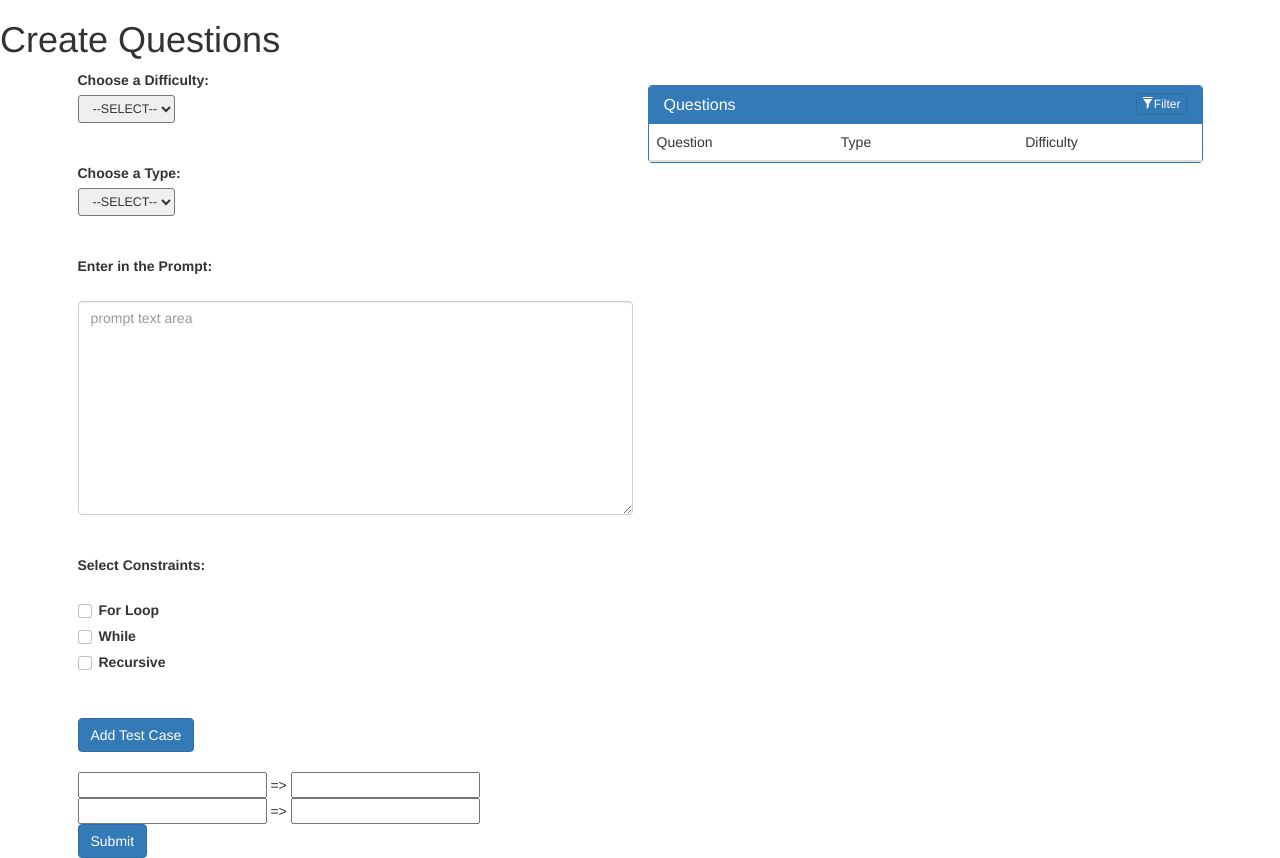
Repository: kavine24/CS490-Python-LMS
Page: html/portal/t/CreateQuestion.html
An editor plug-in stored every save of this project. The page is shown before and after the next save, followed by the edit.
The browser window is 1280 px wide. The pictures show the whole page.
The page's requests for data from a server got no answer. Some web libraries are served in a nearby version.

Above is the page before, as saved 2022-04-05 18:49:37.

### html/portal/t/CreateQuestion.html
<!DOCTYPE html>
<html>
  <head>
    <title>Create Questions</title>
    <!--<link rel="stylesheet" href="style.css">-->

    <link href="https://cdn.jsdelivr.net/npm/bootstrap@5.1.3/dist/css/bootstrap.min.css" rel="stylesheet" integrity="sha384-1BmE4kWBq78iYhFldvKuhfTAU6auU8tT94WrHftjDbrCEXSU1oBoqyl2QvZ6jIW3" crossorigin="anonymous">
    <link href="//netdna.bootstrapcdn.com/bootstrap/3.1.0/css/bootstrap.min.css" rel="stylesheet" id="bootstrap-css">
    <script src="//code.jquery.com/jquery-1.11.1.min.js"></script>
    <script src="//netdna.bootstrapcdn.com/bootstrap/3.1.0/js/bootstrap.min.js"></script>
  </head>

  <style>
    .filterable {
    margin-top: 15px;
    }
    .filterable .panel-heading .pull-right {
        margin-top: -20px;
    }
    .filterable .filters input[disabled] {
        background-color: transparent;
        border: none;
        cursor: auto;
        box-shadow: none;
        padding: 0;
        height: auto;
    }
    .filterable .filters input[disabled]::-webkit-input-placeholder {
        color: #333;
    }
    .filterable .filters input[disabled]::-moz-placeholder {
        color: #333;
    }
    .filterable .filters input[disabled]:-ms-input-placeholder {
        color: #333;
    }
  </style>

  <body>
    <h1>Create Questions</h1>
    <div class="container">
      <div class="row justify-content-around">
        <div class="col-6">
          <form id="createQuestionForm" onsubmit="submitQuestion()">
            <label for="questionDifficulty">Choose a Difficulty:</label>
            <div class="col-2">
              <select class="form-select-lg" name="questionDifficulty" id="questionDifficulty">
                <option disabled selected value>--SELECT--</option>
                <option value="Easy">Easy</option>
                <option value="Medium">Medium</option>
                <option value="Hard">Hard</option>
              </select>
            </div>

            <br><br>

            <label for="questionType">Choose a Type:</label>
            <div class="col-2">
              <select class="form-select-lg" name="questionType" id="questionType">
                <option disabled selected value>--SELECT--</option>
                <option value="For Loop">For Loop</option>
                <option value="While Loop">While Loop</option>
                <option value="Recursion">Recursion</option>
                <option value="Arithmetic">Arithmetic</option>
                <option value="Strings">Strings</option>
              </select>
            </div>

            <br><br>

            <!--Prompt-->
            <label for="prompt">Enter in the Prompt:</label>
            <br><br>
            <textarea class="form-control" id="prompt" name="prompt" rows="10" cols="50" placeholder="prompt text area"></textarea>
            <br><br>

            <!--Choosing Constraints-->
            <label for="constraints">Select Constraints:</label>
            <br><br>

            <div class="form-check">
              <input class="form-check-input" type="checkbox" id="checkFor">
              <label class="form-check-label">For Loop</label>
            </div>

            <div class="form-check">
              <input class="form-check-input" type="checkbox" id="checkWhile">
              <label class="form-check-label">While</label>
            </div>

            <div class="form-check">
              <input class="form-check-input" type="checkbox" id="checkRecursion">
              <label class="form-check-label">Recursive</label>
            </div>

            <br><br>

            <!--Test Cases-->
            <button class="btn btn-primary" type="button" onclick="addTestCase()">Add Test Case</button>
            <br><br>

            <input class="btn btn-primary" id="submit" type="submit" placeholder="Submit" class="submit"></input>
          </form>
        </div>

        <div class="col-6">
          <div class="panel panel-primary filterable">
            <div class="panel-heading">
              <h3 class="panel-title">Questions</h3>
                <div class="pull-right">
                  <button class="btn btn-primary btn-xs btn-filter"><span class="glyphicon glyphicon-filter"></span>Filter</button>
                </div>
            </div>

            <table class="table">
              <thead>
                <tr class="filters">
                  <th><input type="text" class="form-control" placeholder="Question" disabled></th>
                  <th><input type="text" class="form-control" placeholder="Type" disabled></th>
                  <th><input type="text" class="form-control" placeholder="Difficulty" disabled></th>
                </tr>
              </thead>

              <tbody id="tableBody">
              </tbody>
            </table>
          </div>
        </div>
      </div>
    </div>

    <script>
      $(document).ready(function(){
        $('.filterable .btn-filter').click(function(){
          var $panel = $(this).parents('.filterable'),
          $filters = $panel.find('.filters input'),
          $tbody = $panel.find('.table tbody');
          if ($filters.prop('disabled') == true) {
            $filters.prop('disabled', false);
            $filters.first().focus();
          } else {
            $filters.val('').prop('disabled', true);
            $tbody.find('.no-result').remove();
            $tbody.find('tr').show();
          }
        });

        $('.filterable .filters input').keyup(function(e){
          /* Ignore tab key */
          var code = e.keyCode || e.which;
          if (code == '9') return;

          /* Useful DOM data and selectors */
          var $input = $(this),
          $panel = $input.parents('.filterable'),
          column = $panel.find('.filters th'),
          $table = $panel.find('.table'),
          $rows = $table.find('tbody tr');

          /* Dirtiest filter function ever ;) */
          var $filteredRows = $rows.filter(function(){
            var q = $(this).find('td').eq(0).text().toLowerCase();
            var t = $(this).find('td').eq(1).text().toLowerCase();
            var d = $(this).find('td').eq(2).text().toLowerCase();

            qi = q.indexOf(column[0].childNodes[0].value.toLowerCase());
            ti = t.indexOf(column[1].childNodes[0].value.toLowerCase());
            di = d.indexOf(column[2].childNodes[0].value.toLowerCase());

            notValid = (qi === -1) || (ti === -1) || (di === -1);

            return notValid;
          });
          /* Clean previous no-result if exist */
          $table.find('tbody .no-result').remove();
          /* Show all rows, hide filtered ones (never do that outside of a demo ! xD) */
          $rows.show();
          $filteredRows.hide();
          /* Prepend no-result row if all rows are filtered */
          if ($filteredRows.length === $rows.length) {
            $table.find('tbody').prepend($('<tr class="no-result text-center"><td colspan="'+ $table.find('.filters th').length +'">No result found</td></tr>'));
          }
        });
      });

      // add all necacarry event listeners
      //submit listener
      const form = document.getElementById("createQuestionForm");
      function handleForm(event) { event.preventDefault(); }
      form.addEventListener('submit', handleForm);

      let attemptMade = false;

      const inputs = [];
      const questions = [];

      addTestCase();
      addTestCase();
      updateQuestionTable();

      function addTestCase(){
        const testCase = document.createElement("input");
        const result = document.createElement("input");

        inputs.push({testCase,result});

        document.getElementById("createQuestionForm").insertBefore(testCase, document.getElementById("submit"));
        document.getElementById("createQuestionForm").insertBefore(document.createTextNode(" => "), document.getElementById("submit"));
        document.getElementById("createQuestionForm").insertBefore(result, document.getElementById("submit"));
        document.getElementById("createQuestionForm").insertBefore(document.createElement("br"), document.getElementById("submit"));
      }

      function submitQuestion(){
        var difficulty = document.getElementById('questionDifficulty').value;
        var questionType = document.getElementById('questionType').value;
        var prompt = document.getElementById('prompt').value;
        var constraints = {
          for: document.getElementById('checkFor').checked,
          while: document.getElementById('checkWhile').checked,
          recursive: document.getElementById('checkRecursion').checked
        };

        var inputvals = [];
        var outputvals = [];

        for(let i = 0; i < inputs.length; i++){
          inputvals.push(inputs[i].testCase.value);
          outputvals.push(inputs[i].result.value);
        }

        var anyinputempty = false;

        for(let i = 0; i < inputs.length; i++){
          anyinputempty = inputs[i].testCase.value == "" || inputs[i].result.value == ""? true : anyinputempty
        }

        var requestType = 'CreateQuestionFTM';

        if(difficulty == "" || questionType == "" || prompt == "" || anyinputempty){
          if (!attemptMade) {
            const newDiv = document.createElement("div");
            const newContent = document.createTextNode("Cannot Submit: 1 or more fields invalid");
            newDiv.appendChild(newContent);

            document.getElementById("createQuestionForm").appendChild(document.createElement("br"));
            document.getElementById("createQuestionForm").appendChild(newDiv);
            attemptMade = true;
          }
          else{
              document.getElementById("createQuestionForm").lastChild.innerHTML = "Cannot Submit: 1 or more fields invalid";
          }
        }else{

          const data = {difficulty, questionType, prompt, constraints, inputvals, outputvals, requestType};

          const options = {
            method:'POST',
            headers: {
                "Content-type": "application/json; charset=UTF-8"
            },
            body: JSON.stringify(data)
          };
          fetch('http://cs490testcenter.ddns.net:50000/portal/frontBrowser.php', options)
          .then(response => response.json())
          .then(data => {
            if(data.didWork == 1){
              location.assign('http://cs490testcenter.ddns.net:50000/portal/t/CreateQuestion.html');
            }else{
              if (!attemptMade) {
              const newDiv = document.createElement("div");
              const newContent = document.createTextNode("Error Making Quesiton!");
              newDiv.appendChild(newContent);

              document.getElementById("createQuestionForm").appendChild(document.createElement("br"));
              document.getElementById("createQuestionForm").appendChild(newDiv);
              attemptMade = true;
              }
              else{
                document.getElementById("createQuestionForm").lastChild.innerHTML = "Error Making Quesiton!";
              }
            }
          })
          .catch((error) => {
            console.error('Error:', error);
          });
        }
      }

      function updateQuestionTable(){
        let requestType = "DisplayQuestionsFTM"
        const data = {requestType};

        const options = {
          method:'POST',
          headers: {
              "Content-type": "application/json; charset=UTF-8"
          },
          body: JSON.stringify(data)
        };
        fetch('http://cs490testcenter.ddns.net:50000/portal/frontBrowser.php', options)
        .then(response => response.json())
        .then(data => {
          for(let i = 0; i < data.length; i++){
            const tr = document.createElement("tr");

            const questionText = document.createElement("td");
            const typeText = document.createElement("td");
            const difficultyText = document.createElement("td");

            questionText.innerHTML = data[i].question;
            typeText.innerHTML = data[i].type;
            difficultyText.innerHTML = data[i].difficulty;

            tr.appendChild(questionText);
            tr.appendChild(typeText);
            tr.appendChild(difficultyText);

            questions.push({
              question: data[i],
              row: tr
            });

            document.getElementById("tableBody").appendChild(tr);
          }
        })
        .catch((error) => {
          console.error('Error:', error);
        });
      }
    </script>
  </body>
</html>

After the next save:
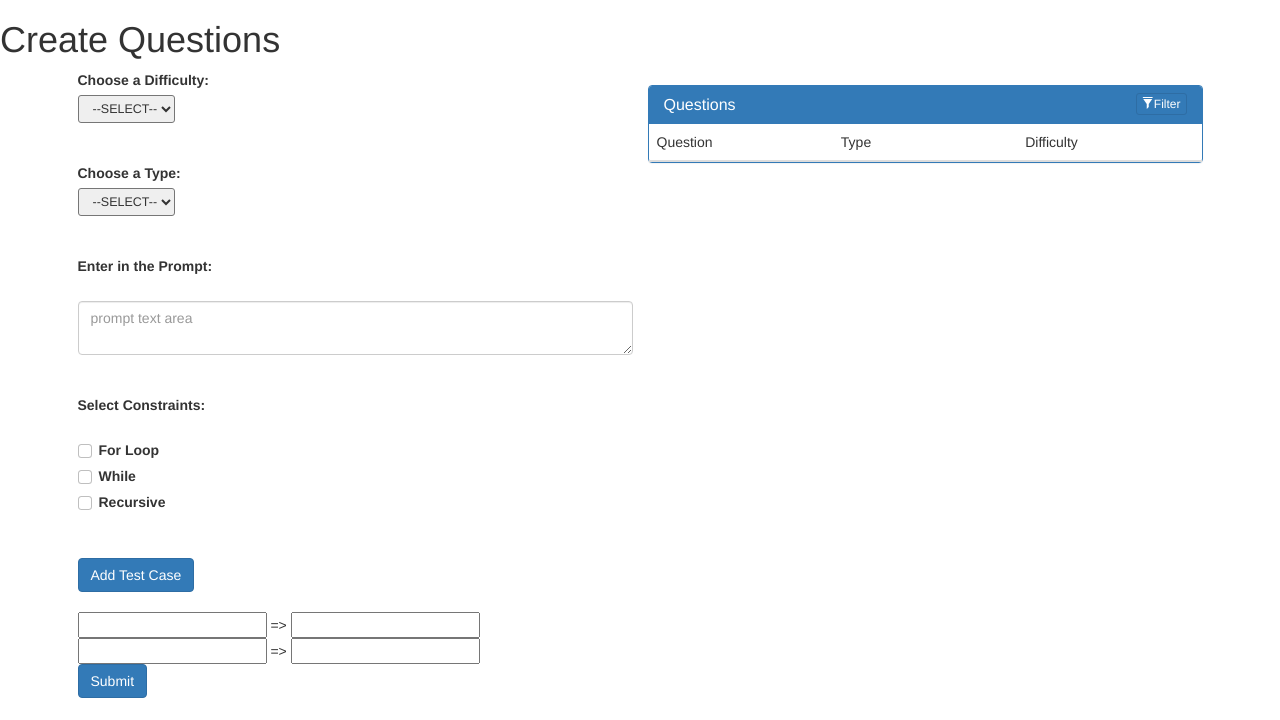
Saved 29 s later.
--- a/html/portal/t/CreateQuestion.html
+++ b/html/portal/t/CreateQuestion.html
@@ -71,7 +71,7 @@
             <!--Prompt-->
             <label for="prompt">Enter in the Prompt:</label>
             <br><br>
-            <textarea class="form-control" id="prompt" name="prompt" rows="10" cols="50" placeholder="prompt text area"></textarea>
+            <textarea class="form-control" id="prompt" name="prompt" placeholder="prompt text area"></textarea>
             <br><br>
 
             <!--Choosing Constraints-->

After the 2 saves that followed:
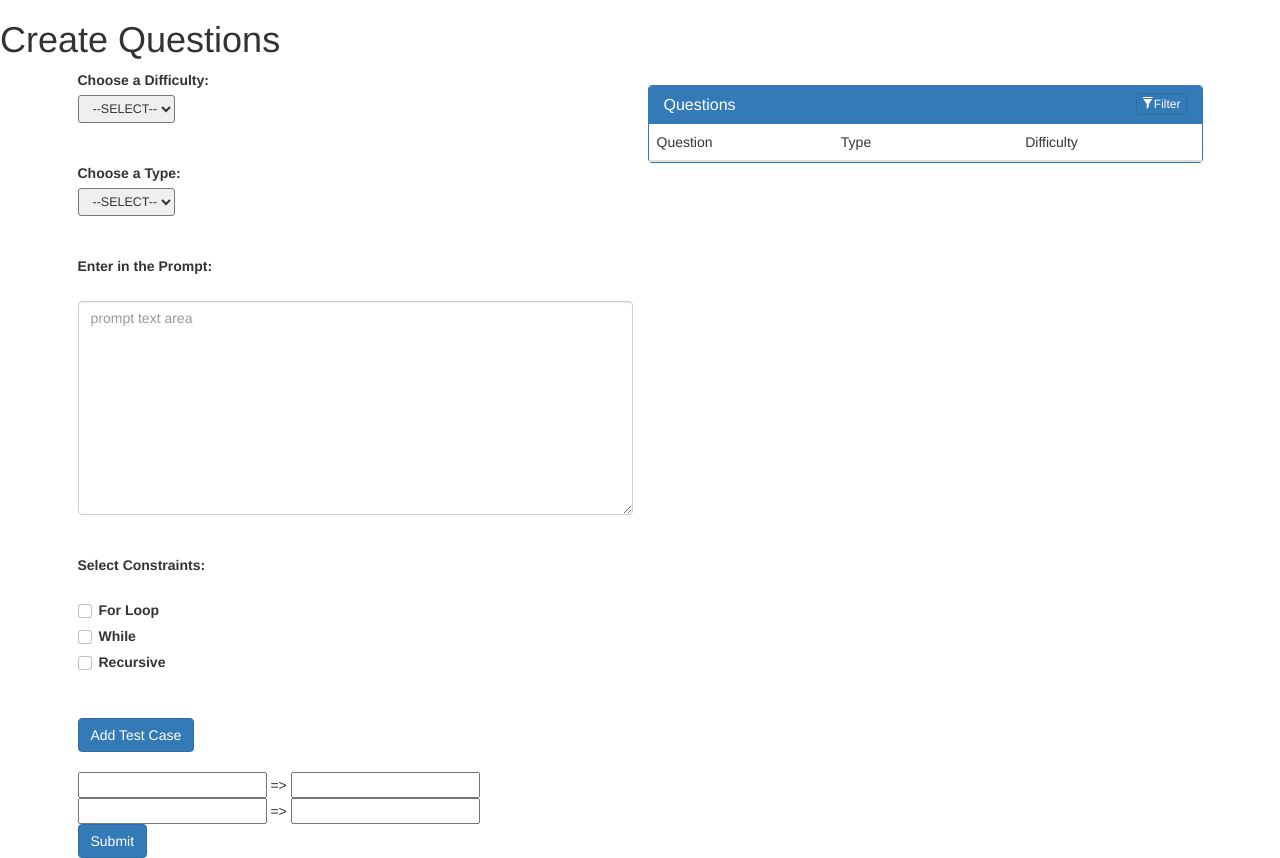
The 2 saves are shown as one change because 1 left the picture as it was.
The last was saved 29 s later.
--- a/html/portal/t/CreateQuestion.html
+++ b/html/portal/t/CreateQuestion.html
@@ -71,7 +71,7 @@
             <!--Prompt-->
             <label for="prompt">Enter in the Prompt:</label>
             <br><br>
-            <textarea class="form-control" id="prompt" name="prompt" placeholder="prompt text area"></textarea>
+            <textarea class="form-control" id="prompt" rows="10" placeholder="prompt text area"></textarea>
             <br><br>
 
             <!--Choosing Constraints-->
